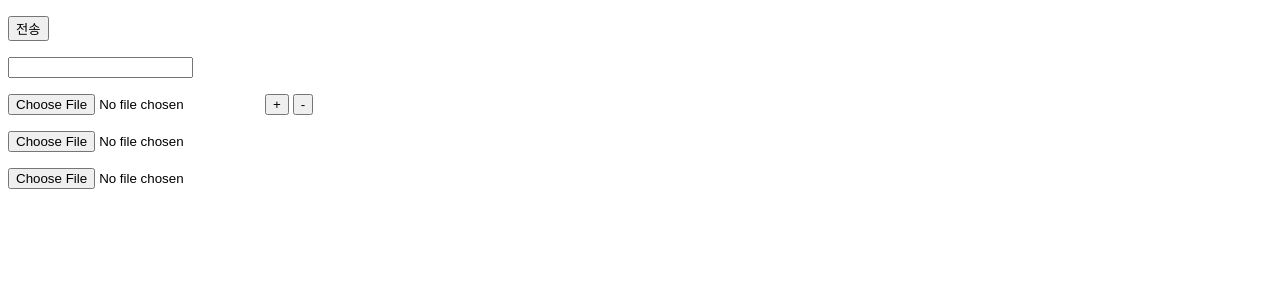
Repository: KangJinSol/jsp
Page: http://localhost/FileTest/fileForm.jsp
These files come from the project's save history. The page is drawn as it stood at one moment and after the next save; the edit follows.
The browser window is 1280 px wide. The pictures show the whole page.
The page is served by Tomcat 9. Other server files are loaded and not shown.

Above is the page before, as saved 2021-01-19 06:04:49.

### jsp/FileTest/WebContent/fileForm.jsp
<%@ page language="java" contentType="text/html; charset=UTF-8"
    pageEncoding="UTF-8"%>
<!DOCTYPE html>
<html>
<head>
<meta charset="UTF-8">
<title>Insert title here</title>
<script src="https://ajax.googleapis.com/ajax/libs/jquery/3.5.1/jquery.min.js"></script>
<script>
	$(function(){
		var count = 3;//첨부파일 태그 개수
		$("#plus").click(function(){
			if(count == 5) return;
			count++;
			$("#frm").append("<p><input type='file' name='file"+count+"'></p>");
		});
		$("#minus").click(function(){
			if(count == 1) return;
				$(this).parent().parent().children("p").last().remove();
			count--;
		});
	});
</script>
</head>
<body>
	<form action="upload.do"  enctype="multipart/form-data" method="post" id="frm">
		<p><button>전송</button></p>
		<p><input type="" </p>
		<p><input type="file" name="file1">
		<button type="button" id="plus">+</button> <button type="button" id="minus">-</button></p>
		<p><input type="file" name="file2"></p>
		<p><input type="file" name="file3"></p>

	</form>
</body>
</html>

After the next save:
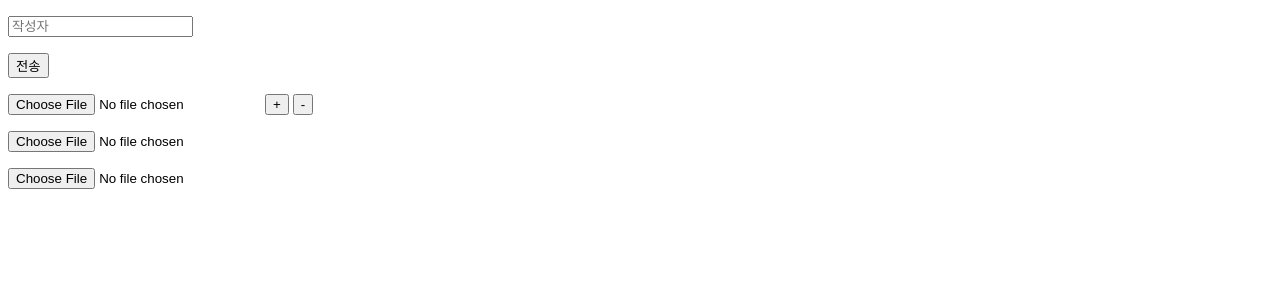
Saved 3 s later.
--- a/jsp/FileTest/WebContent/fileForm.jsp
+++ b/jsp/FileTest/WebContent/fileForm.jsp
@@ -24,8 +24,8 @@
 </head>
 <body>
 	<form action="upload.do"  enctype="multipart/form-data" method="post" id="frm">
+		<p><input type="text" name="writer" placeholder="작성자"></p>
 		<p><button>전송</button></p>
-		<p><input type="" </p>
 		<p><input type="file" name="file1">
 		<button type="button" id="plus">+</button> <button type="button" id="minus">-</button></p>
 		<p><input type="file" name="file2"></p>
